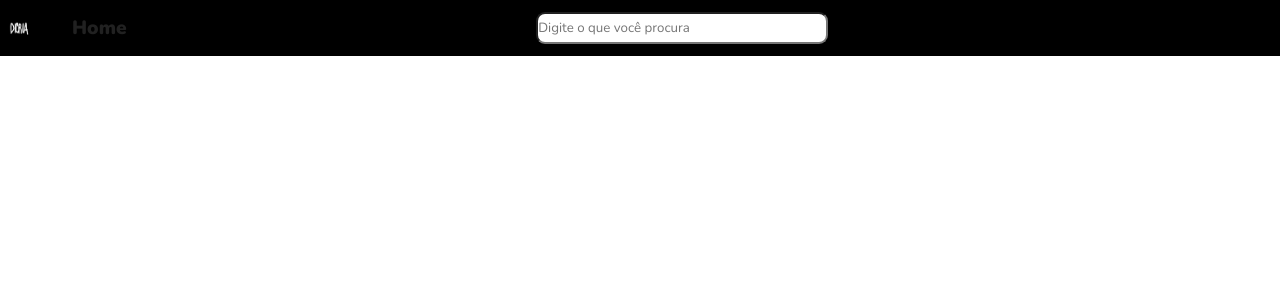
Repository: analessp/dicriastreet
Page: index.html
An editor plug-in stored every save of this project. The page is shown before and after a run of saves, followed by the edit.
The browser window is 1280 px wide. The pictures show the whole page.

Above is the page before, as saved 2025-04-17 12:16:09.

After the next 2 saves:
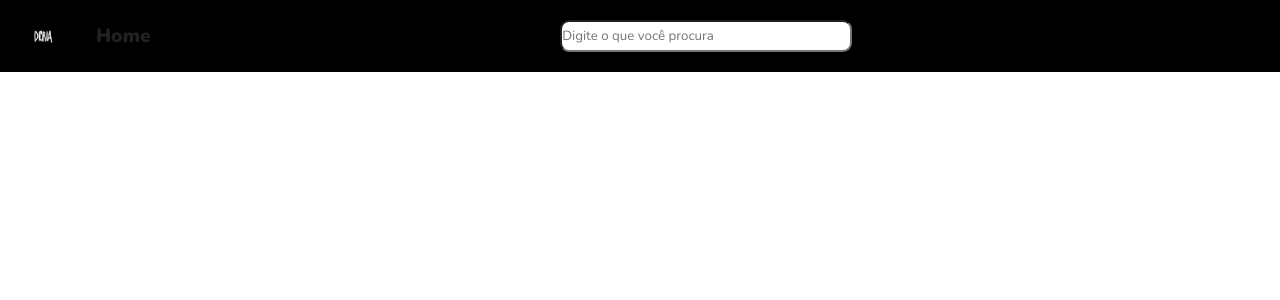
The 2 saves are shown as one change because they came seconds apart.
The last was saved 45 s later.
--- a/style.css
+++ b/style.css
@@ -22,7 +22,7 @@ header {
     height: 3.5rem;
     background-color: var(--background-color);
     gap: 1.5rem;
-    padding: 0,5rem 1.5rem;
+    padding: 0.5rem 1.5rem;
 }
 
 #header-nav {
